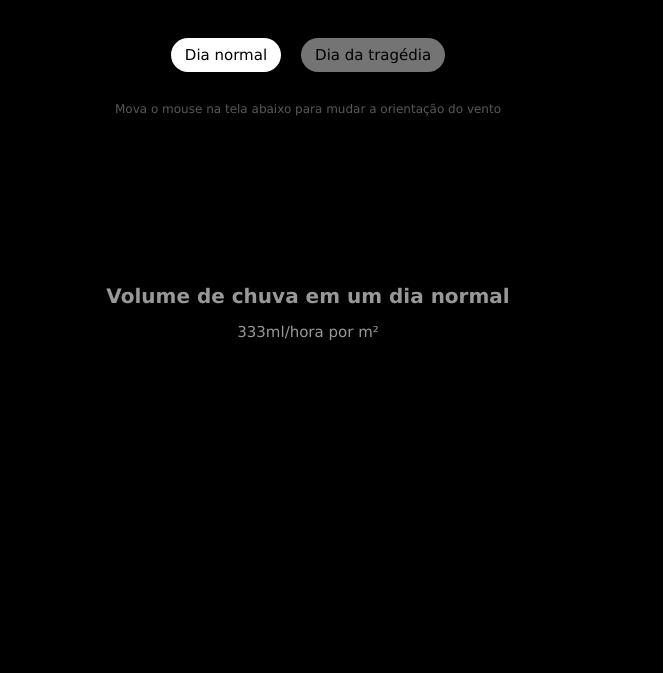
Repository: lucasthaynan/chuvas-estadao
Page: index.html
An editor plug-in stored every save of this project. The page is shown before and after the next save, followed by the edit.
The browser window is 600 px wide. The page is 663 px wide, then 666 px, so the pictures cover 666 px, including what lies to the right of the window. The pictures show the whole page.

Above is the page before, as saved 2023-02-24 14:34:15.
Console error: ReferenceError: dat is not defined

### index.html
<!DOCTYPE html>
<html lang="en">
<head>
    <meta charset="UTF-8">
    <meta http-equiv="X-UA-Compatible" content="IE=edge">
    <meta name="viewport" content="width=device-width, initial-scale=1.0">
    <link rel="stylesheet" href="./style.css">

    <title>Document</title>
</head>
<body>


    <div>
        <!-- <h1>Texto teste</h1> -->
        <div class="btns">
            <button class="btn-normal active" onclick="clickNormal()">
                <p>Dia normal</p>
            </button>
            <button class="btn-tragedia" onclick="clickTragedia()">
                <p>Dia da tragédia</p>
            </button>
        </div>
        <p class="legenda">Mova o mouse na tela abaixo para mudar a orientação do vento</p>
    </div>
    <div id="instructions"></div>

        <canvas id="canvas">Canvas is not supported in your browser

        </canvas>

    <div class="text">
        <p class="destaque visible">Volume de chuva em um dia normal</p>
        <p class="volume visible">333ml/hora por m²</p>
    </div>


    <script src="./main.js"></script>
</body>
</html>

### style.css
/* html {
	position: absolute;
	width: 100%;
	height: 100%;
} */

body {
    background: -moz-linear-gradient(top,  rgb(0, 0, 0) 0%, rgb(0, 0, 0) 100%); /* FF3.6-15 */
    background: linear-gradient(to bottom,  rgb(0, 0, 0) 0%,rgba(0, 0, 0, 0.93) 100%);
    background: -webkit-linear-gradient(top,  rgb(0, 0, 0) 0%,rgb(0, 0, 0) 100%); /* Chrome10-25,Safari5.1-6 */
    /* background: linear-gradient(to bottom,  rgba(8,13,40,1) 0%,rgba(38,19,0,1) 100%); W3C, IE10+, FF16+, Chrome26+, Opera12+, Safari7+ */

    display: flex;
    flex-direction: column;

    width: 710px;
    height: 500px;

    position: relative;
    width: 100%;

}

canvas {
    width: 710px;
    height: 500px;

    left: 50%;

    position: absolute;
    transform: translateX(-50%);

    margin-top: 120px;

    /* background-color: rgb(63, 147, 147); */
    border: 3px solid #ffffff;




}

@media (max-width: 709px) {
    canvas {
        display: none;
        background-color: rgb(63, 147, 147);
    }
}

#instructions {
	opacity: 1;
	transition: opacity 2s;
	background-repeat: no-repeat;
	background-position: center center;
	background-size: contain;
	/* background-image: url(data:[embedded picture, 1818 characters]);
	 */

    width: 710px;
    height: 500px;

    left: 50%;

    position: absolute;
    transform: translateX(-50%);

    margin-top: 200px;

	/* @media (max-height: 400px) {
		display: none;
	} */


}


.text {
    display: flex;
    justify-content: center;
    width: 100vw;
    height: 100%;
    /* align-content: center; */
    align-items: center;
    flex-direction: column;
    flex-wrap: nowrap;
    gap: 15px;
}

p {
    margin: 0;
    font-weight: 800;
    color: #989898;
    font-size: 20px;
    text-align: center;
    font-family:'Lucida Sans', 'Lucida Sans Regular', 'Lucida Grande', 'Lucida Sans Unicode', Geneva, Verdana, sans-serif;
}

p.volume {
    font-size: 15px;
    font-weight: 500;
}

/* div.btns p {
    transition: ;
} */

button.btn-normal.active,
button.btn-tragedia.active {
    background-color: #ffffff;
}

p.visible {
    visibility: visible;
    opacity: 1;
    transition: opacity 0.5s linear;
  }


p.hidden {
    visibility: hidden;
    opacity: 0;
    transition: visibility 0s 0.5s, opacity 0.5s linear;
}

div.btns {
    display: flex;
    flex-direction: row;
    align-items: center;
    justify-content: center;
    gap: 20px;
    padding-bottom: 30px;
    padding-top: 30px;
}

div.btns > button {
    background-color: #747474;
    padding: 8px 14px;
    border-radius: 999px;
    cursor: pointer;
    border: 0;
}

div.btns > button p {
    font-size: 15px;
    font-weight: 400;
    color: #000000;
}

h1 {
    color: #ffffff;
    left: 50%;

    position: absolute;
    transform: translateX(-50%);
}

p.legenda {
    text-align: center;
    font-size: 12px;
    font-weight: 200;
    color: #585858;
}

### main.js
// Falling rain simulation using 2D canvas
// - vanilla JS, no frameworks
// - framerate independent physics
// - slow-mo / fast-forward support via demo.speed
// - supports high-DPI screens
// - falling rain particles are drawn as vector lines
// - splash particles are lazily pre-rendered so gradients aren't computed each frame
// - all particles make use of object pooling to further boost performance

// initialize


document.addEventListener("DOMContentLoaded", function() {

	demo.init();
	window.addEventListener('resize', demo.resize);


});

// demo namespace
var demo = {
	// CUSTOMIZABLE PROPERTIES
	// - physics speed multiplier: allows slowing down or speeding up simulation
	speed: 1,
	// - color of particles
	color: {
		r: '255',
		g: '255',
		b: '255',
		a: '0.5'
	},

	// END CUSTOMIZATION
	// whether demo is running
	started: false,
	// canvas and associated context references
	canvas: null,
	ctx: null,
	// viewport dimensions (DIPs)
	width: 0,
	height: 0,
	// devicePixelRatio alias (should only be used for rendering, physics shouldn't care)
	dpr: window.devicePixelRatio || 1,
	// time since last drop
	drop_time: 0,
	// ideal time between drops (changed with mouse/finger)
    drop_delay: 195,
	// drop_delay: 156,
	// wind applied to rain (changed with mouse/finger)
    wind: 5,
	// wind: 5,
	// color of rain (set in init)
	rain_color: null,
	rain_color_clear: null,
	// rain particles
	rain: [],
	rain_pool: [],
	// rain droplet (splash) particles
	drops: [],
	drop_pool: []
};

// demo initialization (should only run once)
demo.init = function() {

	if (!demo.started) {

		demo.started = true;
		demo.canvas = document.getElementById('canvas');
		demo.ctx = demo.canvas.getContext('2d');
		var c = demo.color;
		demo.rain_color = 'rgba(' + c.r + ',' + c.g + ',' + c.b + ',' + c.a + ')';
		demo.rain_color_clear = 'rgba(' + c.r + ',' + c.g + ',' + c.b + ',0)';
		demo.resize();
		Ticker.addListener(demo.step);

		//
		const gui = new dat.GUI();
		gui.add(demo, 'speed', 0.2, 2);

		// fade out instructions after a few seconds
		var instructions = document.getElementById('instructions');
		setTimeout(function() {
			instructions.style.opacity = 0;
			setTimeout(function(){
				instructions.parentNode.removeChild(instructions);
			}, 2000);
		}, 4000);
	}
}

// (re)size canvas (clears all particles)
demo.resize = function() {
	// localize common references
	var rain = demo.rain;
	var drops = demo.drops;
	// recycle particles
	for (var i = rain.length - 1; i >= 0; i--) {
			rain.pop().recycle();
	}
	for (var i = drops.length - 1; i >= 0; i--) {
			drops.pop().recycle();
	}
	// resize
	demo.width = window.innerWidth;
	demo.height = window.innerHeight;
	demo.canvas.width = demo.width * demo.dpr;
	demo.canvas.height = demo.height * demo.dpr;
}

demo.step = function(time, lag) {
	// localize common references
	var demo = window.demo;
	var speed = demo.speed;
	var width = demo.width;
	var height = demo.height;
	var wind = demo.wind;
	var rain = demo.rain;
	var rain_pool = demo.rain_pool;
	var drops = demo.drops;
	var drop_pool = demo.drop_pool;

	// multiplier for physics
	var multiplier = speed * lag;

	// spawn drops
	demo.drop_time += time * speed;
	while (demo.drop_time > demo.drop_delay) {
		demo.drop_time -= demo.drop_delay;
		var new_rain = rain_pool.pop() || new Rain();
		new_rain.init();
		var wind_expand = Math.abs(height / new_rain.speed * wind); // expand spawn width as wind increases
		var spawn_x = Math.random() * (width + wind_expand);
		if (wind > 0) spawn_x -= wind_expand;
		new_rain.x = spawn_x;
		rain.push(new_rain);
	}

	// rain physics
	for (var i = rain.length - 1; i >= 0; i--) {
		var r = rain[i];
		r.y += r.speed * r.z * multiplier;
		r.x += r.z * wind * multiplier;
		// remove rain when out of view
		if (r.y > height) {
			// if rain reached bottom of view, show a splash
			r.splash();
		}
		// recycle rain
		if (r.y > height + Rain.height * r.z || (wind < 0 && r.x < wind) || (wind > 0 && r.x > width + wind)) {
			r.recycle();
			rain.splice(i, 1);
		}
	}

	// splash drop physics
	var drop_max_speed = Drop.max_speed;
	for (var i = drops.length - 1; i >= 0; i--) {
		var d = drops[i];
		d.x += d.speed_x * multiplier;
		d.y += d.speed_y * multiplier;
		// apply gravity - magic number 0.3 represents a faked gravity constant
		d.speed_y += 0.3 * multiplier;
		// apply wind (but scale back the force)
		d.speed_x += wind / 25 * multiplier;
		if (d.speed_x < -drop_max_speed) {
			d.speed_x = -drop_max_speed;
		}else if (d.speed_x > drop_max_speed) {
			d.speed_x = drop_max_speed;
		}
		// recycle
		if (d.y > height + d.radius) {
			d.recycle();
			drops.splice(i, 1);
		}
	}

	demo.draw();
}

demo.draw = function() {
	// localize common references
	var demo = window.demo;
	var width = demo.width;
	var height = demo.height;
	var dpr = demo.dpr;
	var rain = demo.rain;
	var drops = demo.drops;
	var ctx = demo.ctx;

	// start fresh
	ctx.clearRect(0, 0, width*dpr, height*dpr);

	// draw rain (trace all paths first, then stroke once)
	ctx.beginPath();
	var rain_height = Rain.height * dpr;
	for (var i = rain.length - 1; i >= 0; i--) {
		var r = rain[i];
		var real_x = r.x * dpr;
		var real_y = r.y * dpr;
		ctx.moveTo(real_x, real_y);
		// magic number 1.5 compensates for lack of trig in drawing angled rain
		ctx.lineTo(real_x - demo.wind * r.z * dpr * 1.5, real_y - rain_height * r.z);
	}
	ctx.lineWidth = Rain.width * dpr;
	ctx.strokeStyle = demo.rain_color;
	ctx.stroke();

	// draw splash drops (just copy pre-rendered canvas)
	for (var i = drops.length - 1; i >= 0; i--) {
		var d = drops[i];
		var real_x = d.x * dpr - d.radius;
		var real_y = d.y * dpr - d.radius;
		ctx.drawImage(d.canvas, real_x, real_y);
	}
}


// Rain definition
function Rain() {
	this.x = 0;
	this.y = 0;
	this.z = 0;
	this.speed = 25;
	this.splashed = false;
}
Rain.width = 2;

// TAMANHO DAS GOSTAS DE CHUVA - 40 = PADRAO
Rain.height = 40;
Rain.prototype.init = function() {
	this.y = Math.random() * -100;

    // VELOCIDADE DE QUEDA DA CHUVA - 0.5 + 0.5 = PADRAO
	this.z = Math.random() * 0.5 + 0.5;
	this.splashed = false;
}
Rain.prototype.recycle = function() {
	demo.rain_pool.push(this);
}
// recycle rain particle and create a burst of droplets
Rain.prototype.splash = function() {
	if (!this.splashed) {
		this.splashed = true;
		var drops = demo.drops;
		var drop_pool = demo.drop_pool;

		for (var i=0; i<16; i++) {
			var drop = drop_pool.pop() || new Drop();
			drops.push(drop);
			drop.init(this.x);
		}
	}
}


// Droplet definition
function Drop() {
	this.x = 0;
	this.y = 0;
	this.radius = Math.round(Math.random() * 4 + 2) * demo.dpr;
	this.speed_x = 0;
	this.speed_y = 0;
	this.canvas = document.createElement('canvas');
	this.ctx = this.canvas.getContext('2d');

	// render once and cache
	var diameter = this.radius * 2;
	this.canvas.width = diameter;
	this.canvas.height = diameter;

	var grd = this.ctx.createRadialGradient(this.radius, this.radius , 1, this.radius, this.radius, this.radius);
	grd.addColorStop(0, demo.rain_color);
	grd.addColorStop(1, demo.rain_color_clear);
	this.ctx.fillStyle = grd;
	this.ctx.fillRect(0, 0, diameter, diameter);
}

// DISPERCAO DOS PINGOS NO CHAO
Drop.max_speed = 6;

Drop.prototype.init = function(x) {
	this.x = x;
	this.y = demo.height;
	var angle = Math.random() * Math.PI - (Math.PI * 0.5);
	var speed = Math.random() * Drop.max_speed;
	this.speed_x = Math.sin(angle) * speed;
	this.speed_y = -Math.cos(angle) * speed;
}
Drop.prototype.recycle = function() {
	demo.drop_pool.push(this);
}




// handle interaction
demo.mouseHandler = function(evt) {
	demo.updateCursor(evt.clientX, evt.clientY);
}
demo.touchHandler = function(evt) {
	evt.preventDefault();
	var touch = evt.touches[0];
	demo.updateCursor(touch.clientX, touch.clientY);
}
demo.updateCursor = function(x, y) {
	x /= demo.width;
	y /= demo.height;
	var y_inverse = (1 - y);

	// demo.drop_delay = y_inverse*y_inverse*y_inverse * 100 + 2;

	if (btnAtual == "tragedia") {
		demo.wind = (x - 0.5) * 20;
	} else {
		demo.wind = (x - 0.5) * 10;
	}

}

document.addEventListener('mousemove', demo.mouseHandler);
// document.addEventListener('touchstart', demo.touchHandler);
// document.addEventListener('touchmove', demo.touchHandler);



// Frame ticker helper module
var Ticker = (function(){
	var PUBLIC_API = {};

	// public
	// will call function reference repeatedly once registered, passing elapsed time and a lag multiplier as parameters
	PUBLIC_API.addListener = function addListener(fn) {
		if (typeof fn !== 'function') throw('Ticker.addListener() requires a function reference passed in.');

		listeners.push(fn);

		// start frame-loop lazily
		if (!started) {
			started = true;
			queueFrame();
		}
	};

	// private
	var started = false;
	var last_timestamp = 0;
	var listeners = [];
	// queue up a new frame (calls frameHandler)
	function queueFrame() {
		if (window.requestAnimationFrame) {
			requestAnimationFrame(frameHandler);
		} else {
			webkitRequestAnimationFrame(frameHandler);
		}
	}
	function frameHandler(timestamp) {
		var frame_time = timestamp - last_timestamp;
		last_timestamp = timestamp;
		// make sure negative time isn't reported (first frame can be whacky)
		if (frame_time < 0) {
			frame_time = 17;
		}
		// - cap minimum framerate to 15fps[~68ms] (assuming 60fps[~17ms] as 'normal')
		else if (frame_time > 68) {
			frame_time = 68;
		}

		// fire custom listeners
		for (var i = 0, len = listeners.length; i < len; i++) {
			listeners[i].call(window, frame_time, frame_time / 16.67);
		}

		// always queue another frame
		queueFrame();
	}

	return PUBLIC_API;
}());

// ATIVANDO BOTOES PARA MUDAR VOLUME DA CHUVA

// window.onload=function() {

// 	let btnNormal = document.querySelector("div.btn-normal")
// 	let btnTragedia = document.querySelector("div.btn-tragedia")

// 	btnNormal.addEventListener("click", e => {
// 		demo.drop_delay = 156
// 		demo.wind = 5
// 		console.log("normal")
// 	})

// 	btnTragedia.addEventListener("click", e => {
// 		demo.drop_delay = 2.5
// 		demo.wind = 15
// 		console.log("tragedia")
// 	})

// }

let btnAtual = "normal"

function clickTragedia(){

		btnAtual = "tragedia"

		document.querySelector("button.btn-normal").classList.remove("active")
		document.querySelector("button.btn-tragedia").classList.add("active")

		document.querySelector("p.destaque").classList.add("hidden")
		document.querySelector("p.volume").classList.add("hidden")

		setTimeout(() => {
			document.querySelector("p.destaque").innerHTML = "Volume de chuva no dia da tragédia"
			document.querySelector("p.volume").innerHTML = "26,5 litros/hora por m²"

			document.querySelector("p.destaque").classList.remove("hidden");
			document.querySelector("p.volume").classList.remove("hidden");
		  }, 500)



		demo.drop_delay = 2.5
		demo.wind = 5
		Drop.max_speed = 10
		console.log(btnAtual)
	}

function clickNormal(){

		btnAtual = "normal"

		// document.querySelector("button .btn-tragedia").style.background = "#797979"

		document.querySelector("button.btn-normal").classList.add("active")
		document.querySelector("button.btn-tragedia").classList.remove("active")

		document.querySelector("p.destaque").classList.add("hidden")
		document.querySelector("p.volume").classList.add("hidden")

		setTimeout(() => {
			document.querySelector("p.destaque").innerHTML = "Volume de chuva em um dia normal"
			document.querySelector("p.volume").innerHTML = "333ml/hora por m²"

			document.querySelector("p.destaque").classList.remove("hidden");
			document.querySelector("p.volume").classList.remove("hidden");
		  }, 500)



		demo.drop_delay = 195
		demo.wind = 4
		Drop.max_speed = 6
		console.log(btnAtual)
	}


// let btnNormal = document.querySelector("div.btn-normal")
// 	let btnTragedia = document.querySelector("div.btn-tragedia")

// 	btnNormal.addEventListener("click", e => {
// 		console.log("normal")
// 		demo.drop_delay = 156
// 		demo.wind = 5
// 		console.log("normal")
// 	})

// 	btnTragedia.addEventListener("click", e => {
// 		console.log("tragedia")
// 		demo.drop_delay = 2.5
// 		demo.wind = 15
// 		console.log("tragedia")
// 	})

After the next save:
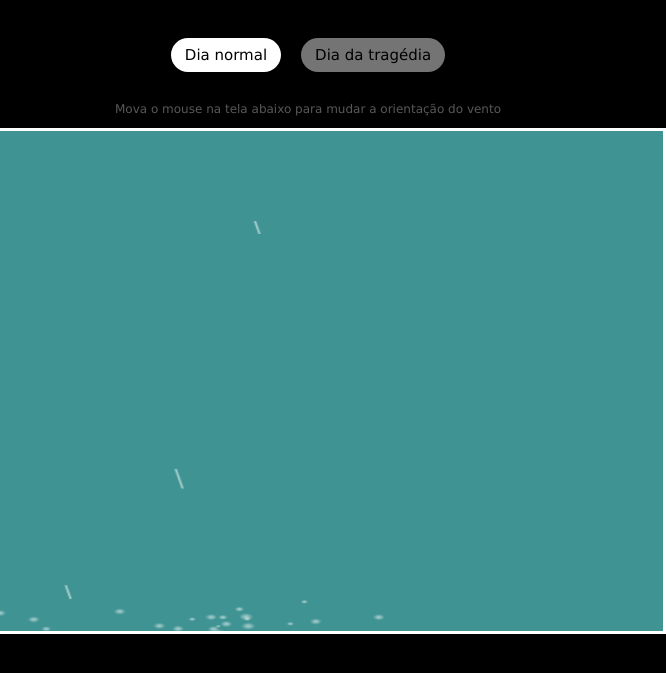
Saved 14 s later.
--- a/style.css
+++ b/style.css
@@ -42,7 +42,7 @@ canvas {
 
 @media (max-width: 709px) {
     canvas {
-        display: none;
+        /* display: none; */
         background-color: rgb(63, 147, 147);
     }
 }
